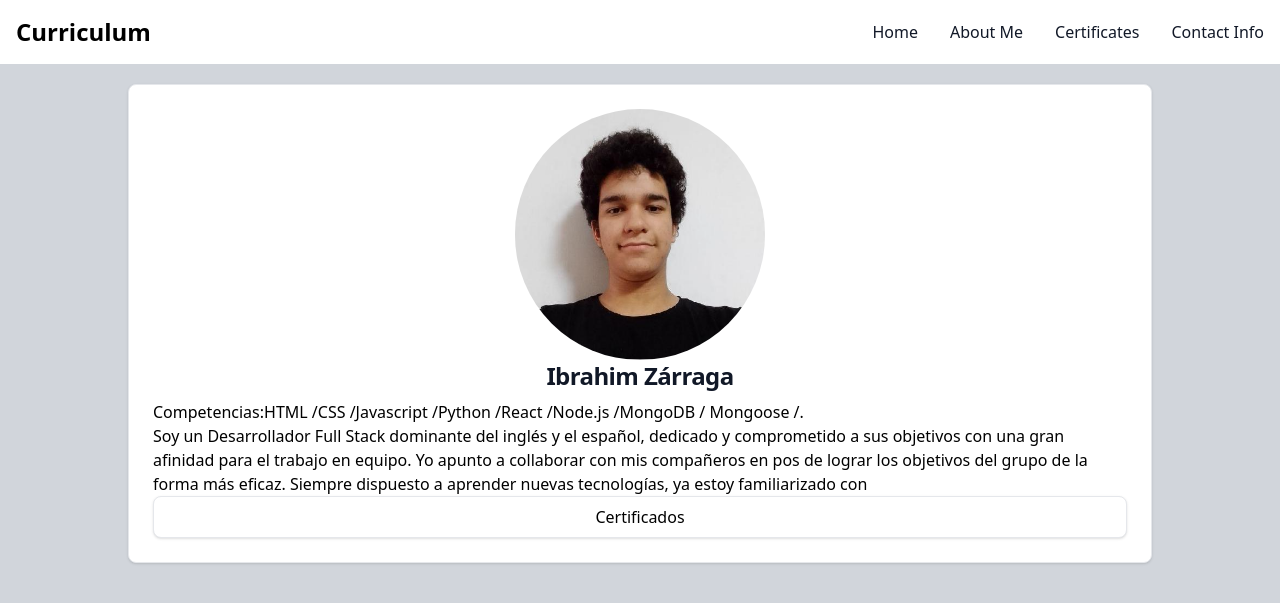
Repository: JetPi/Presentatio-Project
Page: /
These files come from the project's save history. The page is drawn as it stood at one moment and after the next save; the edit follows.
The browser window is 1280 px wide. The pictures show the whole page.
The project was rebuilt for these pictures with package versions that can differ from the ones it lists, and the page was loaded fresh each time. The framework's server and built-in components were replaced by stand-ins that run in the browser. Also part of the build but not shown: next.config.js.

Above is the page before, as saved 2023-04-03 15:28:41.

After the next save:
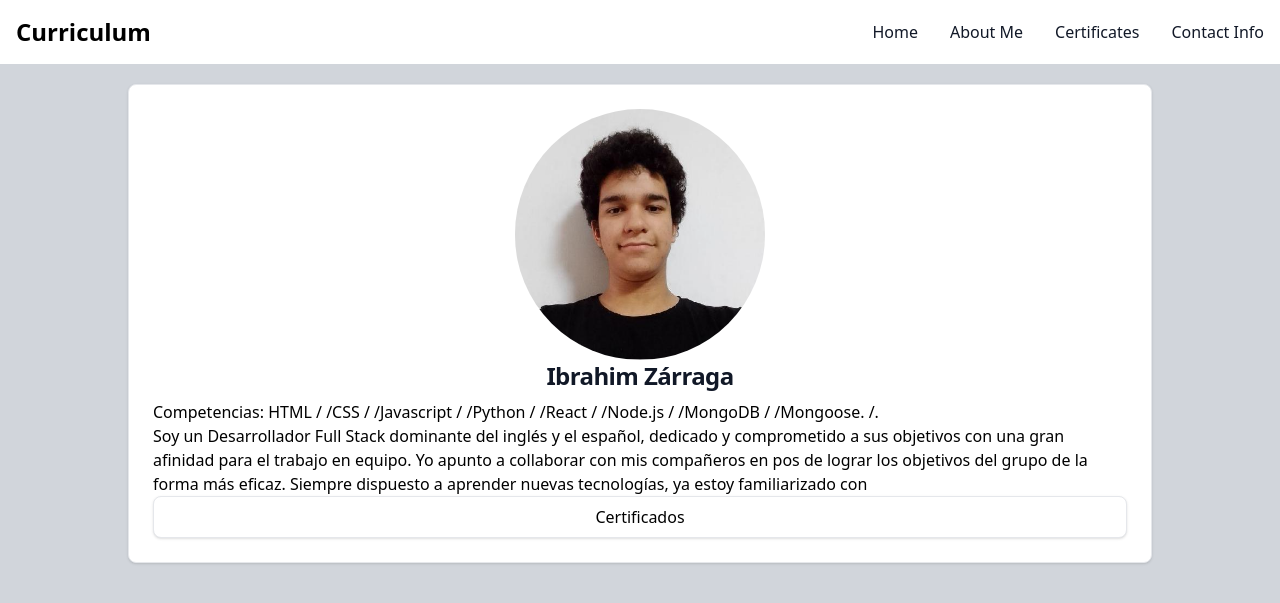
Saved 5 min 55 s later.
--- a/src/pages/index.tsx
+++ b/src/pages/index.tsx
@@ -8,7 +8,7 @@ import { Url } from "url";
 
 const inter = Inter({ subsets: ["latin"] });
 
-const mySkills = [
+let mySkills = [
   "HTML",
   "CSS",
   "Javascript",
@@ -16,8 +16,17 @@ const mySkills = [
   "React",
   "Node.js",
   "MongoDB",
-  " Mongoose",
+  "Mongoose",
 ];
+
+for (let i = 0; i < mySkills.length; i++) {
+  const element = mySkills[i];
+  if (i === mySkills.length - 1) {
+    mySkills[i] = element + ".";
+  } else {
+    mySkills[i] = element + " /";
+  }
+}
 
 export default function Home() {
   const url: Url = {
@@ -47,7 +56,7 @@ export default function Home() {
           />
           <CardTitle>Ibrahim Zárraga</CardTitle>
           <div>
-            Competencias:
+            Competencias:{" "}
             {mySkills.map((skill) => {
               return `${skill} /`;
             })}
